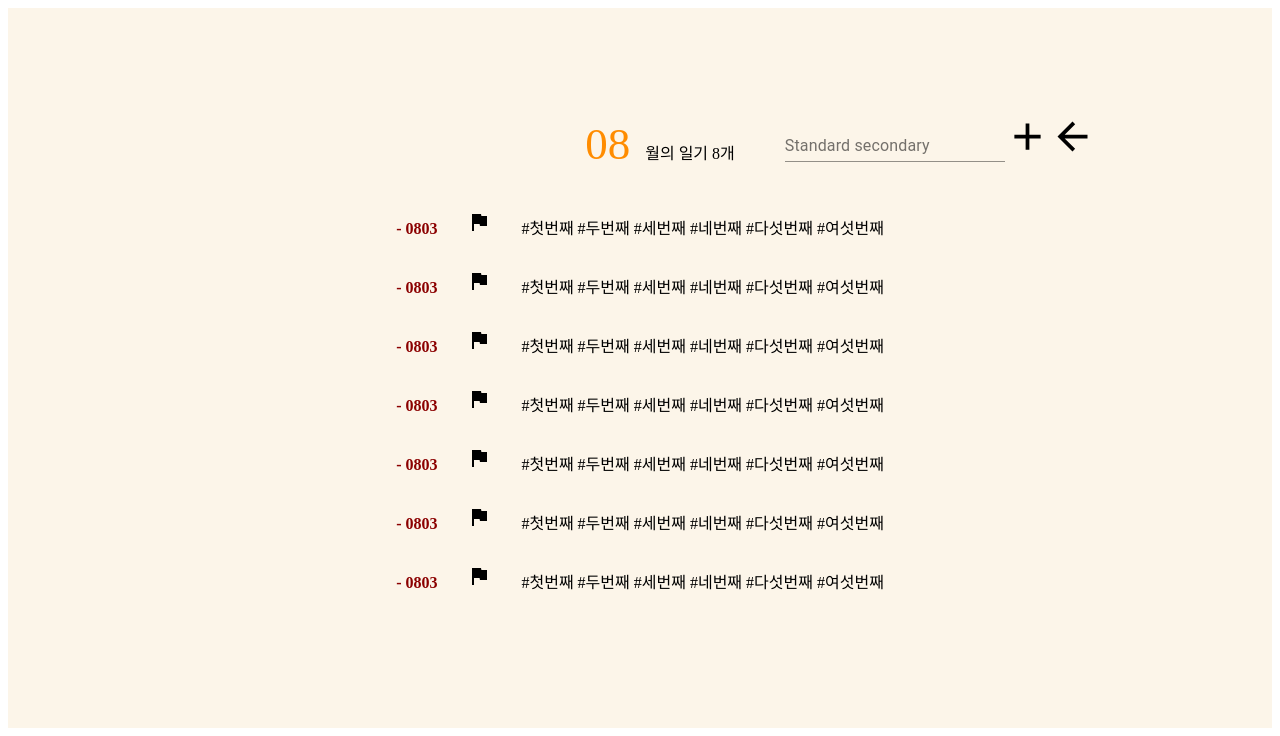
Repository: IMHANA/diary
Page: /list
The author's editor kept a copy of each file at every save. The page is drawn from the files as they stood at one save, then again after the next save.
The browser window is 1280 px wide. The pictures show the whole page.
The project was rebuilt for these pictures with package versions that can differ from the ones it lists, and the page was loaded fresh each time. Also part of the build but not shown: src/App.css, src/pages/Main/main.js, src/pages/Month/month.js.

Above is the page before, as saved 2021-08-05 17:44:20.

After the next save:
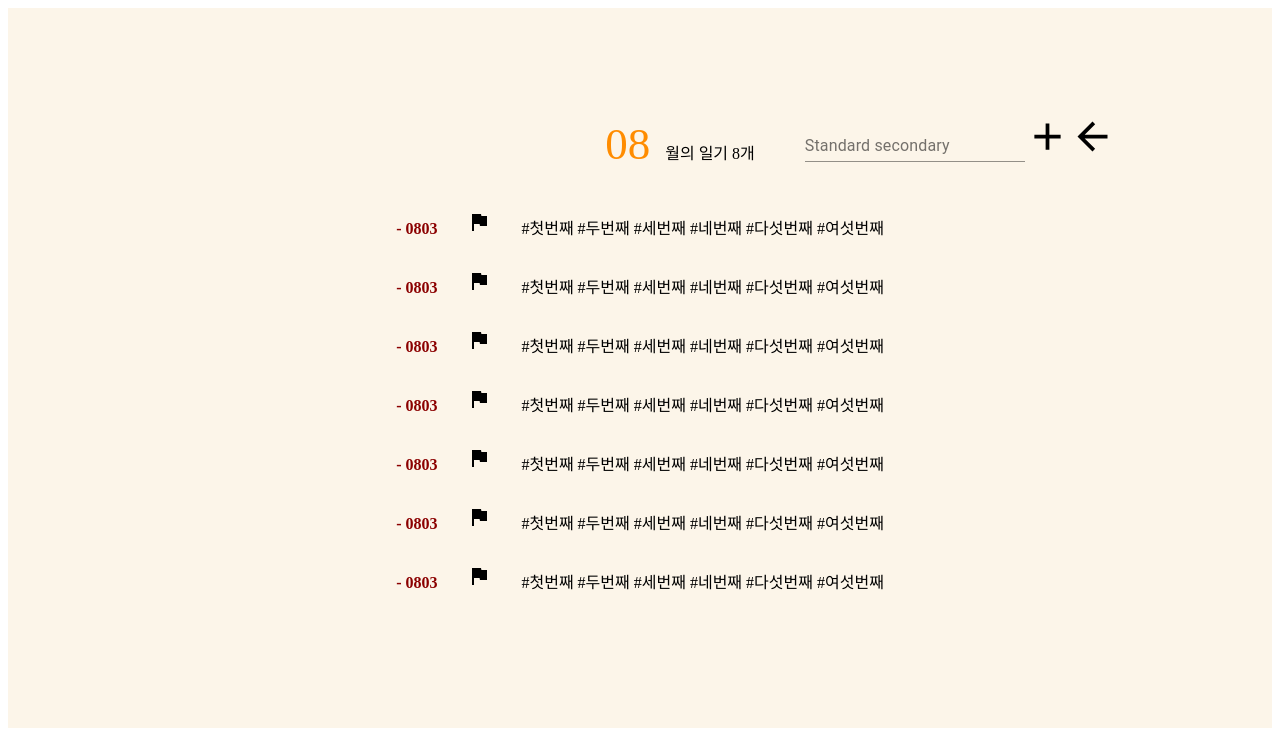
Saved 6 s later.
--- a/src/pages/DayList/dayList.css
+++ b/src/pages/DayList/dayList.css
@@ -14,7 +14,7 @@
 #month {
     color:darkorange;
     font-size: 45px;
-    margin-left: 400px;
+    margin-left: 440px;
 }
 
 #month_sub {
